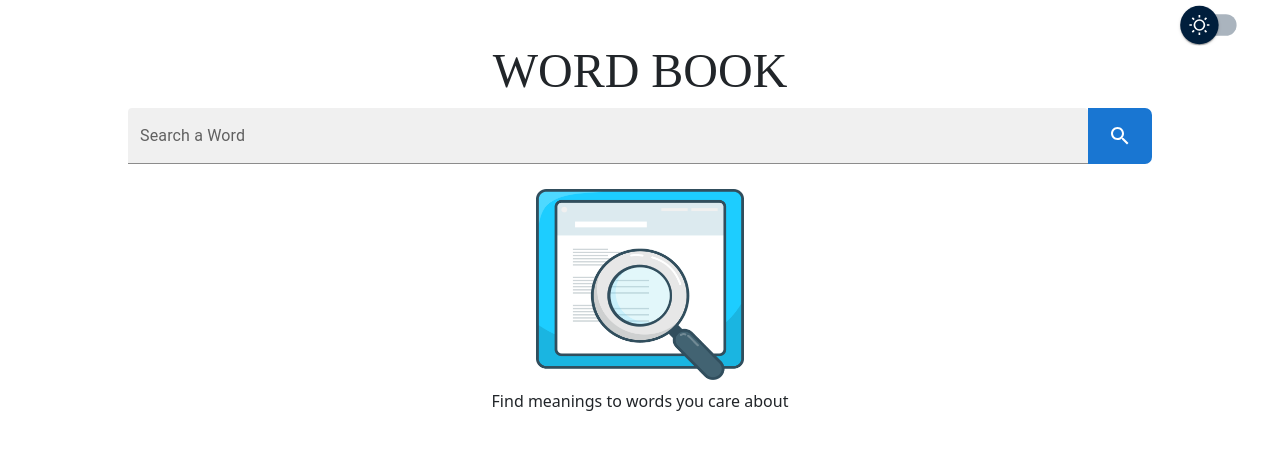
Repository: marveldev/my-dictionary
Page: /
An editor plug-in stored every save of this project. The page is shown before and after the next save, followed by the edit.
The browser window is 1280 px wide. The pictures show the whole page.
The project was rebuilt for these pictures with package versions that can differ from the ones it lists, and the page was loaded fresh each time. Also part of the build but not shown: src/components/themeSwitcher/MUISwitch.jsx.

Above is the page before, as saved 2022-05-22 18:05:19.

After the next save:
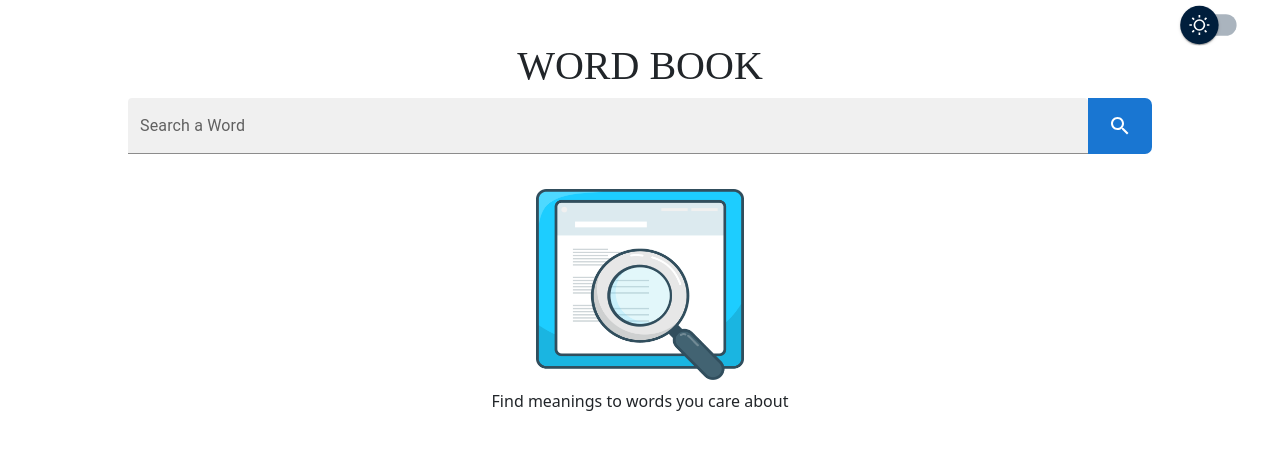
Saved 5 min 37 s later.
--- a/src/index.js
+++ b/src/index.js
@@ -3,11 +3,12 @@
 import App from './App'
 import swDev from './swDev'
 import './index.css'
+import '../public/bootstrap.min.css'
 
 ReactDOM.render(
   <React.StrictMode>
     <App />
   </React.StrictMode>,
-  document.getElementById('root')
+  document.getElementById('root'),
 )
 swDev()

After the save that followed:
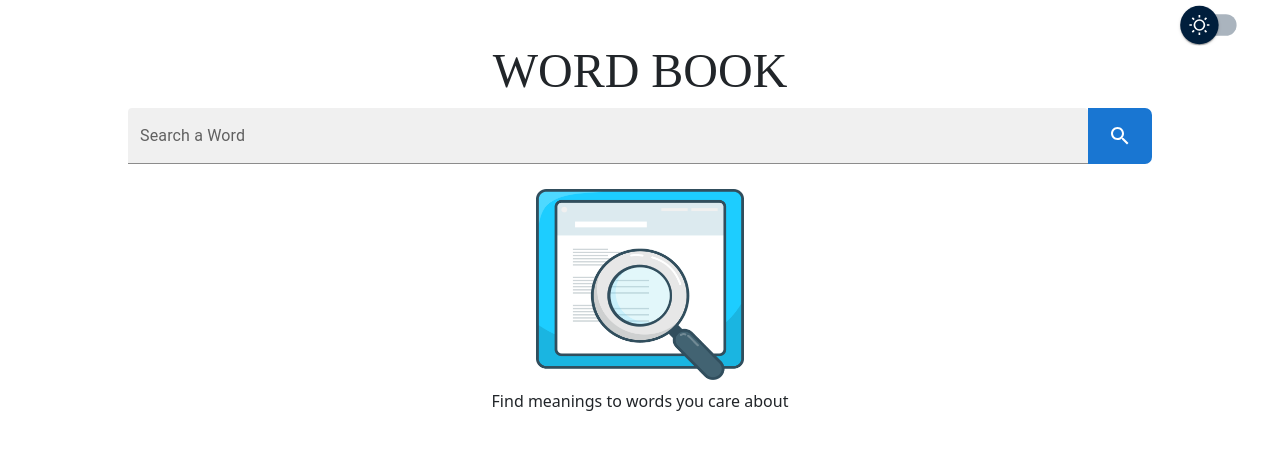
Saved 29 s later.
--- a/src/index.js
+++ b/src/index.js
@@ -3,7 +3,6 @@
 import App from './App'
 import swDev from './swDev'
 import './index.css'
-import '../public/bootstrap.min.css'
 
 ReactDOM.render(
   <React.StrictMode>
